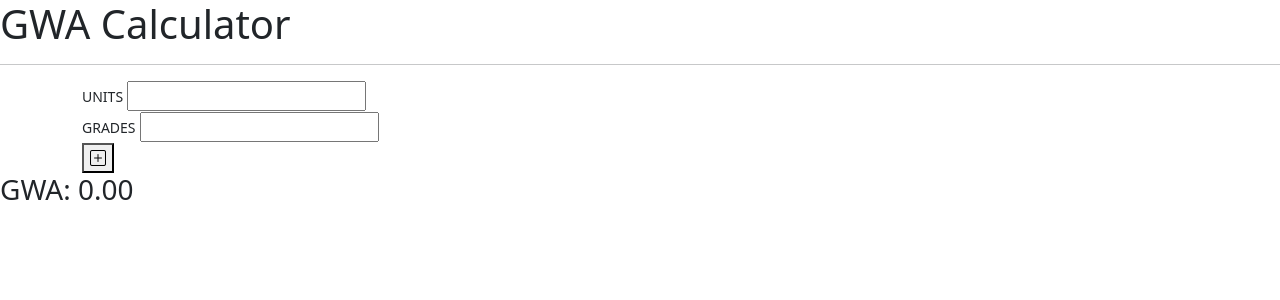
Repository: yonora/GWACalculator
Page: index.html
These files come from the project's save history. The page is drawn as it stood at one moment and after the next save; the edit follows.
The browser window is 1280 px wide. The pictures show the whole page.

Above is the page before, as saved 2025-01-07 22:11:57.

After the next save:
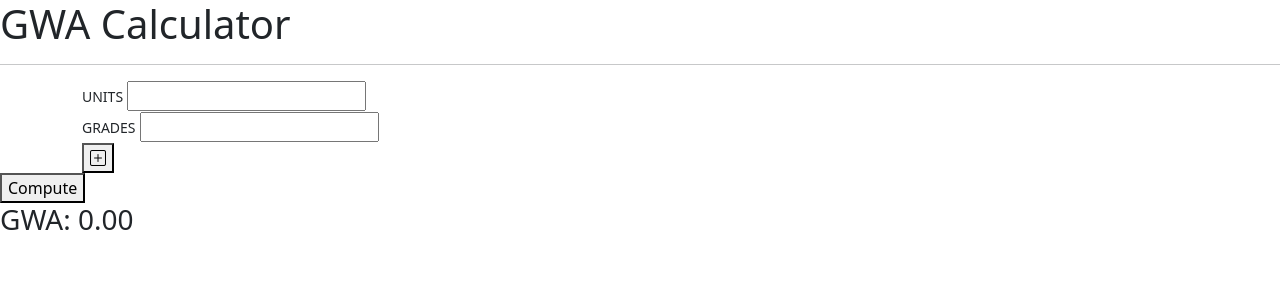
Saved 3 min 36 s later.
--- a/index.html
+++ b/index.html
@@ -24,6 +24,8 @@
             <button class="col-auto add" onclick="add()"><i class="bi bi-plus-square"></i></button>
         </div>
     </div>
+    <button class="col-auto add" onclick="getGWA()">Compute</button>
+    <!-- <h3>GWA: <span id="gwa">0.00</span></h3> -->
     <h3>GWA: <span id="gwa">0.00</span></h3>
 </body>
 </html>
